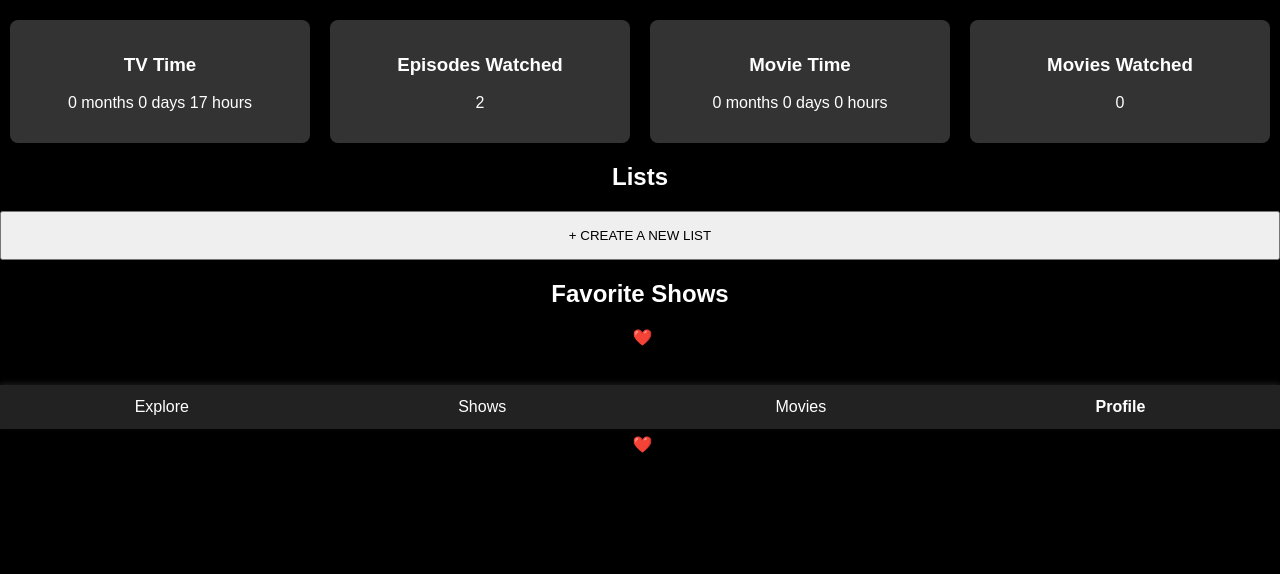
Repository: carson-jenkins-5/tracktv
Page: tracktv/frontend/profile.html
An editor plug-in stored every save of this project. The page is shown before and after the next save, followed by the edit.
The browser window is 1280 px wide. The pictures show the part of the page from y = 291 to 1079 px (the page is 865 px tall before and 1079 px after).

Above is the page before, as saved 2025-03-14 23:27:57.

### tracktv/frontend/profile.html
<!DOCTYPE html>
<html lang="en">
<head>
    <meta charset="UTF-8">
    <meta name="viewport" content="width=device-width, initial-scale=1.0">
    <title>Profile</title>
    <link rel="stylesheet" href="styles.css">
    <style>
        .profile-header {
            background-image: url('assets/profile-background.jpg'); /* Example background image */
            text-align: center;
            padding: 20px;
        }
        .profile-picture {
            width: 150px; /* Larger profile picture */
            height: 150px; /* Larger profile picture */
            border-radius: 50%; /* Circular profile picture */
            margin-bottom: 10px;
        }
        .username {
            font-size: 24px; /* Adjusted font size */
            margin: 10px 0;
        }
        .edit-profile {
            padding: 10px 20px; /* Adjusted padding */
            cursor: pointer;
        }
        .stats-container {
            display: flex; /* Flex container for stats */
            justify-content: space-between; /* Even spacing */
            margin: 20px 0; /* Spacing between sections */
        }
        .stat-box {
            background-color: #333; /* Darker background */
            color: white; /* Text color */
            border-radius: 8px; /* Rounded corners */
            padding: 15px; /* Consistent padding */
            flex: 1; /* Flex item */
            margin: 0 10px; /* Margin between boxes */
            text-align: center; /* Center text */
        }
        .lists-container, .favorites-container {
            margin: 20px 0; /* Spacing between sections */
        }
        .create-list {
            width: 100%; /* Full-width button */
            padding: 15px; /* Proper padding */
            cursor: pointer;
        }
        .favorites-carousel {
            display: flex; /* Horizontal layout for carousel */
            overflow-x: auto; /* Horizontally scrollable */
            padding: 10px 0; /* Padding for carousel */
        }
        .heart-icon {
            margin-left: 5px; /* Space between text and icon */
        }
        button {
            transition: background-color 0.3s; /* Hover effect */
        }
        button:hover {
            background-color: #555; /* Darker on hover */
        }
    </style>
</head>
<body>

    <!-- Profile Header -->
    <div class="profile-header">
        <div class="profile-info">
            <img src="assets/profile-placeholder.png" alt="Profile Picture" class="profile-picture">
            <h2 class="username">Carson Jenkins</h2>
            <button class="edit-profile">EDIT</button>
        </div>
    </div>

    <!-- Stats Section -->
    <div class="stats-container">
        <div class="stat-box">
            <h3>TV Time</h3>
            <p>0 months 0 days 17 hours</p>
        </div>
        <div class="stat-box">
            <h3>Episodes Watched</h3>
            <p>2</p>
        </div>
        <div class="stat-box">
            <h3>Movie Time</h3>
            <p>0 months 0 days 0 hours</p>
        </div>
        <div class="stat-box">
            <h3>Movies Watched</h3>
            <p>0</p>
        </div>
    </div>

    <!-- Lists Section -->
    <div class="lists-container">
        <h2>Lists</h2>
        <button class="create-list">+ CREATE A NEW LIST</button>
    </div>

    <!-- Favorite Shows Section -->
    <div class="favorites-container">
        <div class="favorite-header">
            <h2>Favorite Shows</h2>
            <span class="heart-icon">❤️</span>
        </div>
        <div class="favorites-carousel" id="favorite-shows"></div>
    </div>

    <!-- Favorite Movies Section -->
    <div class="favorites-container">
        <div class="favorite-header">
            <h2>Favorite Movies</h2>
            <span class="heart-icon">❤️</span>
        </div>
        <div class="favorites-carousel" id="favorite-movies"></div>
    </div>

    <!-- Navbar -->
    <nav class="navbar">
        <button onclick="window.location.href='index.html'">Explore</button>
        <button onclick="window.location.href='shows.html'">Shows</button>
        <button onclick="window.location.href='movies.html'">Movies</button>
        <button class="active">Profile</button>
    </nav>

    <script src="script.js"></script>
</body>

### tracktv/frontend/styles.css
/* Global Styles */
body {
    font-family: Arial, sans-serif;
    background-color: black;
    color: white;
    margin: 0;
    padding: 0;
    text-align: center;
    padding-bottom: 80px;
}

/* Search Bar */
.search-bar-container {
    position: fixed;
    top: 0;
    left: 0;
    width: 100%;
    background-color: black;
    z-index: 1000;
    display: flex;
    align-items: center;
    justify-content: center;
    padding: 12px;
    box-shadow: 0px 2px 5px rgba(255, 255, 255, 0.1);
}
.search-bar {
    flex-grow: 1;
    max-width: 80%;
    padding: 10px;
    border-radius: 20px;
    font-size: 16px;
    border: 1px solid rgba(255, 255, 255, 0.3);
    background-color: #222;
    color: white;
    outline: none;
}

/* Cancel Button */
#cancel-btn {
    background: none;
    border: none;
    color: #008CDA;
    font-size: 16px;
    font-weight: bold;
    margin-left: 12px;
    cursor: pointer;
    transition: color 0.3s ease;
}
#cancel-btn:hover {
    color: #00aaff;
}

/* Search Results */
#search-results {
    width: 90%;
    background-color: #000;
    margin: 10px auto;
    border-radius: 8px;
    overflow-y: auto;
    padding: 10px;
}
.search-item {
    display: flex;
    align-items: center;
    padding: 12px;
    border-bottom: 1px solid rgba(255, 255, 255, 0.3);
}
.search-item img {
    width: 60px;
    height: 90px;
    border-radius: 5px;
    margin-right: 15px;
}
.search-info {
    flex-grow: 1;
}
.search-title {
    color: white;
    font-size: 16px;
    font-weight: bold;
    margin: 0;
}
.search-subtitle {
    color: rgba(255, 255, 255, 0.6);
    font-size: 14px;
    margin: 3px 0;
}

/* Add Button */
.add-button {
    background-color: #008CDA;
    color: white;
    border: none;
    font-size: 18px;
    font-weight: bold;
    width: 36px;
    height: 36px;
    border-radius: 50%;
    cursor: pointer;
    display: flex;
    align-items: center;
    justify-content: center;
}

/* Carousel */
.carousel {
    display: flex;
    overflow-x: auto;
    gap: 10px;
    padding: 10px;
}

/* Navbar */
.navbar, .bottom-nav {
    position: fixed;
    bottom: 0;
    width: 100%;
    background-color: #222;
    display: flex;
    justify-content: space-around;
    padding: 12px 0;
    box-shadow: 0px -2px 5px rgba(255, 255, 255, 0.1);
    z-index: 1000;
}
.navbar button, .bottom-nav button {
    background: none;
    border: none;
    color: white;
    font-size: 16px;
    cursor: pointer;
}
.navbar button.active, .bottom-nav button.active {
    font-weight: bold;
}

/* Tabs */
.tabs {
    display: flex;
    justify-content: center;
    padding: 10px;
    background: black;
    border-bottom: 2px solid white;
}
.tabs span {
    margin: 0 15px;
    padding: 5px 0;
    font-size: 16px;
    color: rgba(255, 255, 255, 0.7);
    cursor: pointer;
}
.tabs .active {
    border-bottom: 2px solid white;
    color: white;
}

/* Empty Watchlist */
.empty-state {
    text-align: center;
    padding: 50px 20px;
}
.empty-state img {
    width: 120px;
    margin-bottom: 15px;
}
.empty-state h2 {
    font-size: 20px;
    margin-bottom: 5px;
}
.empty-state p {
    font-size: 14px;
    color: rgba(255, 255, 255, 0.6);
    margin-bottom: 15px;
}
.empty-state button {
    background-color: #008CDA;
    color: white;
    padding: 10px 20px;
    border: none;
    font-size: 16px;
    cursor: pointer;
    border-radius: 5px;
}

/* Watchlist */
#watchlist-container {
    padding: 20px;
    text-align: left;
}
.watchlist-item {
    display: flex;
    align-items: center;
    padding: 15px;
    border-bottom: 1px solid rgba(255, 255, 255, 0.2);
}
.watchlist-item img {
    width: 80px;
    height: 120px;
    border-radius: 5px;
    margin-right: 15px;
}
.watchlist-info {
    flex-grow: 1;
}
.watchlist-title {
    font-size: 18px;
    font-weight: bold;
    margin: 0;
}
.watchlist-subtitle {
    font-size: 14px;
    color: rgba(255, 255, 255, 0.6);
}
.watchlist-actions {
    display: flex;
    align-items: center;
}

/* Buttons */
.watch-button,
.remove-button {
    background: none;
    border: none;
    color: white;
    font-size: 18px;
    cursor: pointer;
    padding: 5px 10px;
}
.browse-button {
    background-color: #008CDA;
    color: white;
    padding: 10px 20px;
    border: none;
    font-size: 16px;
    cursor: pointer;
    border-radius: 5px;
    margin-top: 20px;
}

/* Media Items */
.show-item {
    position: relative;
    width: 150px; /* Ensure consistent width */
    flex-shrink: 0; /* Prevent items from collapsing */
}
.show-item img {
    width: 100%;
    border-radius: 5px;
    display: block;
}

/* Add button */
.explore-add-button {
    position: absolute;
    top: 5px;
    right: 5px;
    width: 28px;
    height: 28px;
    background-color: #008CDA;
    color: white;
    font-size: 18px;
    font-weight: bold;
    border: none;
    border-radius: 50%;
    cursor: pointer;
    display: flex;
    align-items: center;
    justify-content: center;
    opacity: 0.85;
    transition: opacity 0.3s;
}
.explore-add-button:hover {
    opacity: 1;
}

/* Options Menu */
.menu-button {
    background: none;
    border: none;
    color: white;
    font-size: 20px;
    cursor: pointer;
    padding: 5px;
}
.menu-dropdown {
    display: none;
    position: absolute;
    right: 0;
    background: rgba(50, 50, 50, 0.9);
    border-radius: 5px;
    overflow: hidden;
    box-shadow: 0 2px 10px rgba(0, 0, 0, 0.2);
}
.menu-dropdown.show {
    display: block;
}
.menu-dropdown button {
    background: none;
    border: none;
    color: white;
    padding: 10px 15px;
    width: 100%;
    text-align: left;
    font-size: 14px;
    cursor: pointer;
}
.menu-dropdown button:hover {
    background: rgba(255, 255, 255, 0.1);
.watchlist-dropdown button:hover {
}

/* Profile Page Styles */
.profile-header {
    position: relative;
    height: 250px;
    background: url('assets/profile-bg.jpg') center/cover no-repeat;
    display: flex;
    flex-direction: column;
    align-items: center;
    justify-content: center;
    text-align: center;
    color: white;
}
.profile-picture {
    width: 120px;
    height: 120px;
    border-radius: 50%;
    border: 3px solid white;
    margin-bottom: 10px;
}
.username {
    font-size: 24px;
    font-weight: bold;
    margin-bottom: 5px;
}
.edit-profile {
    background: rgba(255, 255, 255, 0.2);
    color: white;
    border: none;
    padding: 8px 15px;
    border-radius: 5px;
    cursor: pointer;
    font-size: 14px;
}

/* Stats Section */
.stats-container {
    display: flex;
    justify-content: space-around;
    padding: 20px;
    text-align: center;
}
.stat-box {
    background: rgba(255, 255, 255, 0.1);
    padding: 15px;
    border-radius: 10px;
    min-width: 80px;
    text-align: center;
}
.stat-box h3 {
    font-size: 14px;
    margin-bottom: 5px;
}
.stat-box p {
    font-size: 16px;
    font-weight: bold;
}

/* Lists & Favorites */
.lists-container, .favorites-container {
    margin: 40px 20px;
}
.lists-container h2,
.favorites-container h2 {
    font-size: 18px;
    margin-bottom: 10px;
    text-align: left;
}
.create-list {
    background: rgba(255, 255, 255, 0.2);
    color: white;
    border: none;
    padding: 10px;
    border-radius: 5px;
    width: 100%;
    cursor: pointer;
}
.favorites-carousel {
    display: flex;
    overflow-x: auto;
    gap: 10px;
    padding: 10px 0;
    white-space: nowrap;
}
.favorites-carousel img {
    width: 100px;
    border-radius: 5px;
}

/* Favorite Headers */
.favorite-header {
    display: flex;
    align-items: center;
    justify-content: space-between;
    padding: 10px 0;
}
.favorite-header .heart-icon {
    color: red;
    font-size: 18px;
    margin-right: 5px;
}

### tracktv/frontend/script.js
document.addEventListener("DOMContentLoaded", async function () {
    const trendingShowsContainer = document.getElementById("trending-shows");
    const trendingMoviesContainer = document.getElementById("trending-movies");
    const searchInput = document.getElementById("search-input");
    const searchForm = document.getElementById("search-form");
    const cancelBtn = document.getElementById("cancel-btn");
    const navbar = document.getElementById("navbar");

    //  Load Trending Shows
    if (trendingShowsContainer) {
        try {
            const trendingShows = await fetchTrendingShows();
            trendingShows.forEach(show => {
                const div = document.createElement("div");
                div.classList.add("media-container");

                div.innerHTML = `
                    <img src="https://image.tmdb.org/t/p/w200${show.poster_path}" alt="${show.name}">
                    <button class="add-button" onclick="addToWatchlist('${show.id}', '${show.name}', '${show.poster_path}', 'show')">+</button>
                `;

                trendingShowsContainer.appendChild(div);
            });
        } catch (error) {
            console.error("Error fetching trending shows:", error);
        }
    }

    //  Load Trending Movies
    if (trendingMoviesContainer) {
        try {
            const trendingMovies = await fetchTrendingMovies();
            trendingMovies.forEach(movie => {
                const div = document.createElement("div");
                div.classList.add("media-container");

                div.innerHTML = `
                    <img src="https://image.tmdb.org/t/p/w200${movie.poster_path}" alt="${movie.title}">
                    <button class="add-button" onclick="addToWatchlist('${movie.id}', '${movie.title}', '${movie.poster_path}', 'movie')">+</button>
                `;

                trendingMoviesContainer.appendChild(div);
            });
        } catch (error) {
            console.error("Error fetching trending movies:", error);
        }
    }

    //  Handle Search (Submit Button & Enter Key)
    function handleSearch() {
        const query = searchInput.value.trim();
        if (query.length > 0) {
            window.location.href = `search.html?q=${encodeURIComponent(query)}`;
        }
    }

    if (searchForm) {
        searchForm.addEventListener("submit", function (e) {
            e.preventDefault();
            handleSearch();
        });
    }

    if (searchInput) {
        searchInput.addEventListener("keydown", function (event) {
            if (event.key === "Enter") {
                event.preventDefault();
                handleSearch();
            }
        });
    }

    //  Cancel Button: Go Back
    if (cancelBtn) {
        cancelBtn.addEventListener("click", function () {
            window.history.back();
        });
    }

    //  Navbar Navigation
    if (navbar) {
        navbar.addEventListener("click", function (e) {
            const targetPage = e.target.getAttribute("data-page");
            if (targetPage) {
                window.location.href = `${targetPage}.html`;
            }
        });
    }
});

//  Function to Add to Watchlist
async function addToWatchlist(id, title, posterPath, type) {
    const media = { id, title, image: `https://image.tmdb.org/t/p/w200${posterPath}`, type };

    try {
        const response = await fetch("/backend/watchlist", {
            method: "POST",
            headers: { "Content-Type": "application/json" },
            body: JSON.stringify(media),
        });

        if (response.ok) {
            alert(`${title} added to watchlist!`);
        } else {
            alert("Already in watchlist or error occurred.");
        }
    } catch (error) {
        console.error("Error adding to watchlist:", error);
    }
}

//  Fetch Trending Shows
async function fetchTrendingShows() {
    const response = await fetch("https://api.themoviedb.org/3/tv/popular?api_key=68d6cd9baadb236523ec6497d0e352a5");
    const data = await response.json();
    return data.results.map(show => ({
        id: show.id,
        name: show.name,
        poster_path: show.poster_path
    }));
}

//  Fetch Trending Movies
async function fetchTrendingMovies() {
    const response = await fetch("https://api.themoviedb.org/3/movie/popular?api_key=68d6cd9baadb236523ec6497d0e352a5");
    const data = await response.json();
    return data.results.map(movie => ({
        id: movie.id,
        title: movie.title,
        poster_path: movie.poster_path
    }));
}

After the next save:
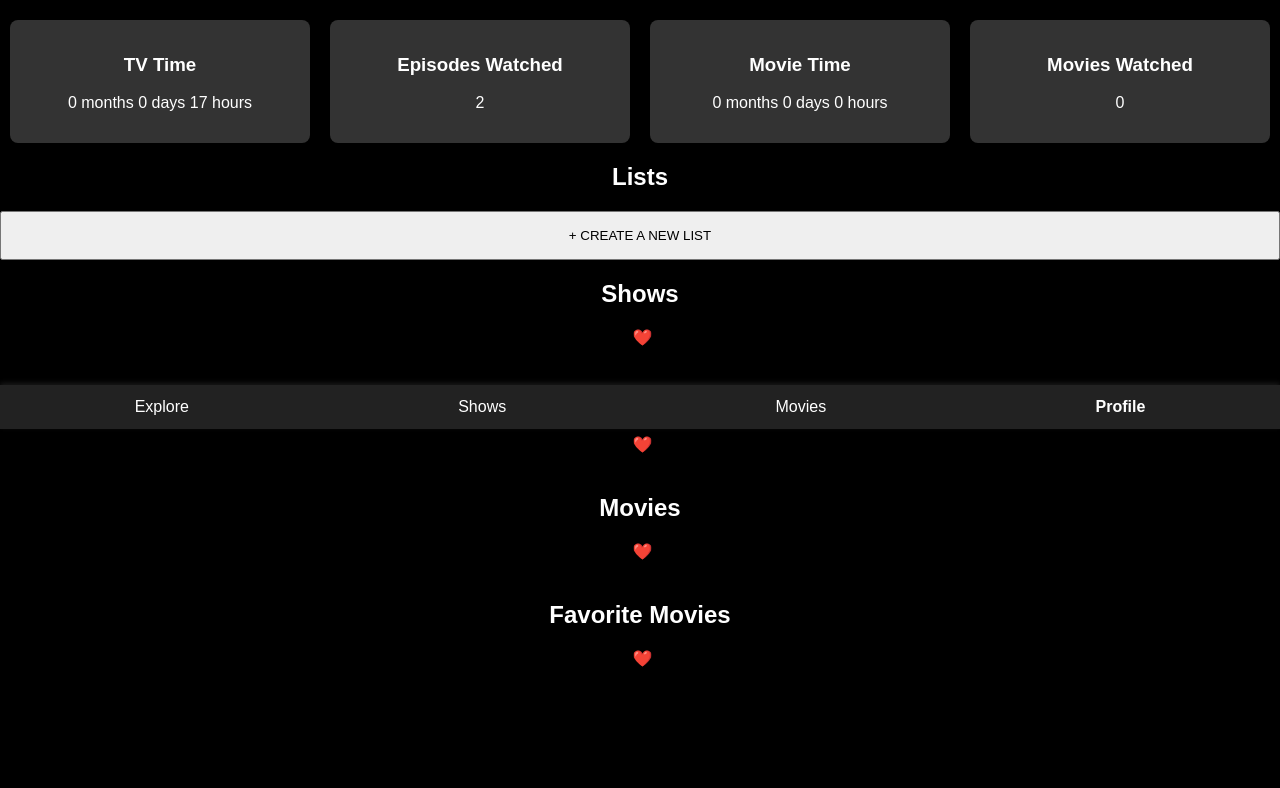
Saved 2 min 47 s later.
--- a/tracktv/frontend/profile.html
+++ b/tracktv/frontend/profile.html
@@ -100,6 +100,15 @@
         <button class="create-list">+ CREATE A NEW LIST</button>
     </div>
 
+    <!-- Shows Section -->
+    <div class="favorites-container">
+        <div class="favorite-header">
+            <h2>Shows</h2>
+            <span class="heart-icon">❤️</span>
+        </div>
+        <div class="favorites-carousel" id="favorite-shows"></div>
+    </div>
+
     <!-- Favorite Shows Section -->
     <div class="favorites-container">
         <div class="favorite-header">
@@ -107,6 +116,15 @@
             <span class="heart-icon">❤️</span>
         </div>
         <div class="favorites-carousel" id="favorite-shows"></div>
+    </div>
+
+    <!-- Movies Section -->
+    <div class="favorites-container">
+        <div class="favorite-header">
+            <h2>Movies</h2>
+            <span class="heart-icon">❤️</span>
+        </div>
+        <div class="favorites-carousel" id="favorite-movies"></div>
     </div>
 
     <!-- Favorite Movies Section -->
--- a/tracktv/frontend/styles.css
+++ b/tracktv/frontend/styles.css
@@ -408,3 +408,32 @@ body {
     font-size: 18px;
     margin-right: 5px;
 }
+
+/* New Shows and Movies Section */
+.shows-section, .movies-section {
+    margin: 20px 0;
+    padding: 10px;
+    background-color: #222;
+    border-radius: 8px;
+}
+.shows-section h2, .movies-section h2 {
+    font-size: 18px;
+    color: white;
+    margin-bottom: 10px;
+}
+.shows-carousel, .movies-carousel {
+    display: flex;
+    overflow-x: auto;
+    gap: 10px;
+    padding: 10px 0;
+}
+.show-item, .movie-item {
+    position: relative;
+    width: 150px; /* Ensure consistent width */
+    flex-shrink: 0; /* Prevent items from collapsing */
+}
+.show-item img, .movie-item img {
+    width: 100%;
+    border-radius: 5px;
+    display: block;
+}
